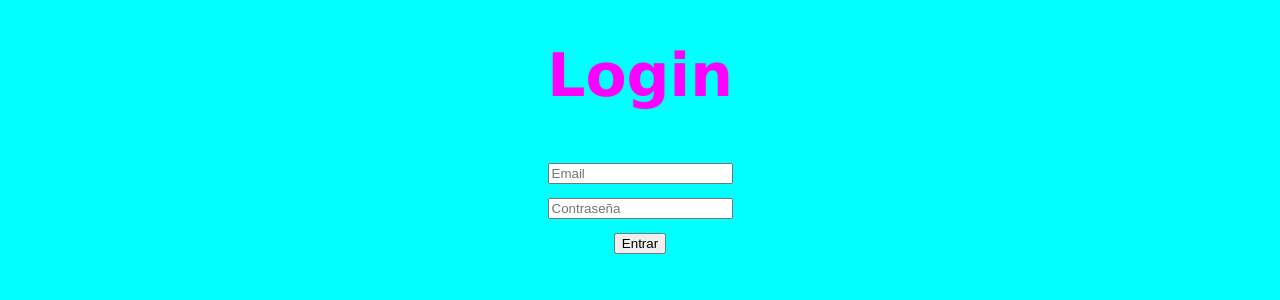
Repository: LazaroRicardo/WORKSPACE
Page: http://localhost/ProyectoMVC2/login
The author's editor kept a copy of each file at every save. The page is drawn from the files as they stood at one save, then again after the next save.
The browser window is 1280 px wide. The pictures show the whole page.
The page is served by Tomcat 9. Other server files are loaded and not shown.

Above is the page before, as saved 2018-11-14 10:11:18.

### javaweb/ProyectoMVC2/WebContent/login.jsp
<%@ page language="java" contentType="text/html; charset=UTF-8"
    pageEncoding="UTF-8"%>
<!DOCTYPE html>
<html>
<head>
<meta charset="UTF-8">
<title>Login</title>
<link href="./css/style.css" rel="stylesheet">
</head>
<body>

	<h1>Login</h1>
	<div class="error">${error}</div>
	<form action="" method="POST">
		<div><input type="email" placeholder="Email" id="" name="email" required /></div>
		<div><input type="password" placeholder="Contraseña" id="" name="password" required /></div>
		<div>
			<button>Entrar</button>
		</div>
	</form>

</body>
</html>

### javaweb/ProyectoMVC2/src/com/ricardo/controlers/LoginServlet.java
package com.ricardo.controlers;

import java.io.IOException;
import javax.servlet.ServletException;
import javax.servlet.annotation.WebServlet;
import javax.servlet.http.HttpServlet;
import javax.servlet.http.HttpServletRequest;
import javax.servlet.http.HttpServletResponse;

@WebServlet("/login")
public class LoginServlet extends HttpServlet {
	private static final long serialVersionUID = 1L;

	protected void doGet(HttpServletRequest request, HttpServletResponse response)
			throws ServletException, IOException {

		request.getRequestDispatcher("/login.jsp").forward(request, response);
	}

	protected void doPost(HttpServletRequest request, HttpServletResponse response)
			throws ServletException, IOException {

		String emailrecibido = request.getParameter("email");
		String passwordrecibido = request.getParameter("password");

		System.out.println("Estoy en el post!!");
		System.out.println("Email:" + emailrecibido);
		System.out.println("Password:" + passwordrecibido);

		// decidir si existe usuario con ese email y passwor...entrar en lista usuarios,
		// sino volver a mostra formulario:

		if(emailrecibido.equals("r@r.es") && passwordrecibido.equals("xxx")) {
			//llevarlo a lista usuario
		}else {
		//devolverlo a login
			request.setAttribute("error", "Usuario y contraseña no existe!!");
			this.doGet(request, response);
		}

	}
}

### javaweb/ProyectoMVC2/WebContent/css/style.css
body{
	margin:0;
	padding:0;
	font-family:verdana;
	font-size:30px;
	display:block;
	text-align:center;
	color:fuchsia;
	background-color:aqua;
}
h1{
	font-size:2em;
}

ul{
	list-style:none;
	margin:0;
	padding:0;

}

ul>li div{
	display: inline-block;
	margin:1em;
}

div.error{
	color:red;
}

After the next save:
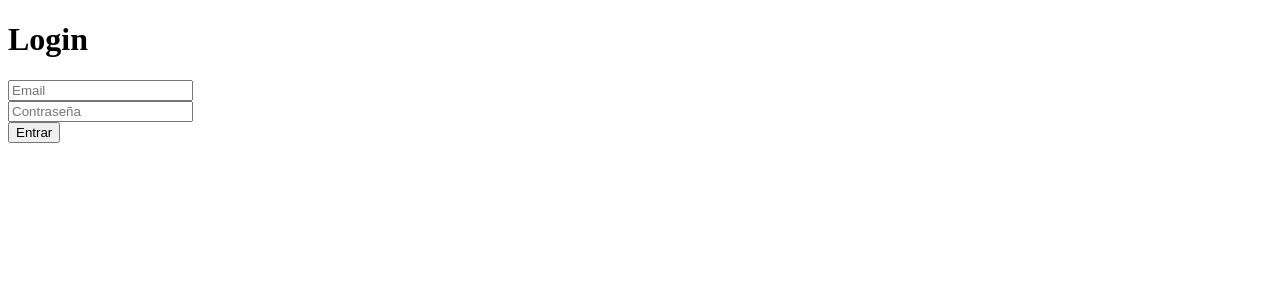
Saved 115 s later.
--- a/javaweb/ProyectoMVC2/WebContent/css/style.css
+++ b/javaweb/ProyectoMVC2/WebContent/css/style.css
@@ -1,28 +1,4 @@
-body{
-	margin:0;
-	padding:0;
-	font-family:verdana;
-	font-size:30px;
-	display:block;
-	text-align:center;
-	color:fuchsia;
-	background-color:aqua;
-}
-h1{
-	font-size:2em;
-}
 
-ul{
-	list-style:none;
-	margin:0;
-	padding:0;
-
-}
-
-ul>li div{
-	display: inline-block;
-	margin:1em;
-}
 
 div.error{
 	color:red;

After the save that followed:
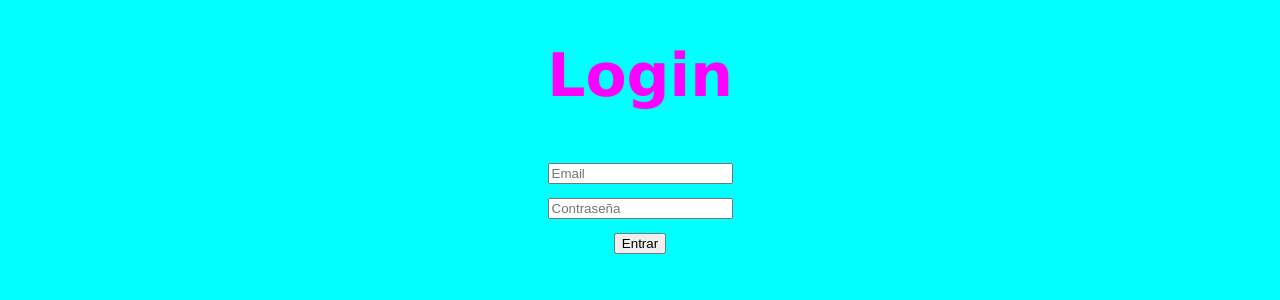
Saved 61 s later.
--- a/javaweb/ProyectoMVC2/WebContent/css/style.css
+++ b/javaweb/ProyectoMVC2/WebContent/css/style.css
@@ -1,4 +1,28 @@
+body{
+	margin:0;
+	padding:0;
+	font-family:verdana;
+	font-size:30px;
+	display:block;
+	text-align:center;
+	color:fuchsia;
+	background-color:aqua;
+}
+h1{
+	font-size:2em;
+}
 
+ul{
+	list-style:none;
+	margin:0;
+	padding:0;
+
+}
+
+ul>li div{
+	display: inline-block;
+	margin:1em;
+}
 
 div.error{
 	color:red;
